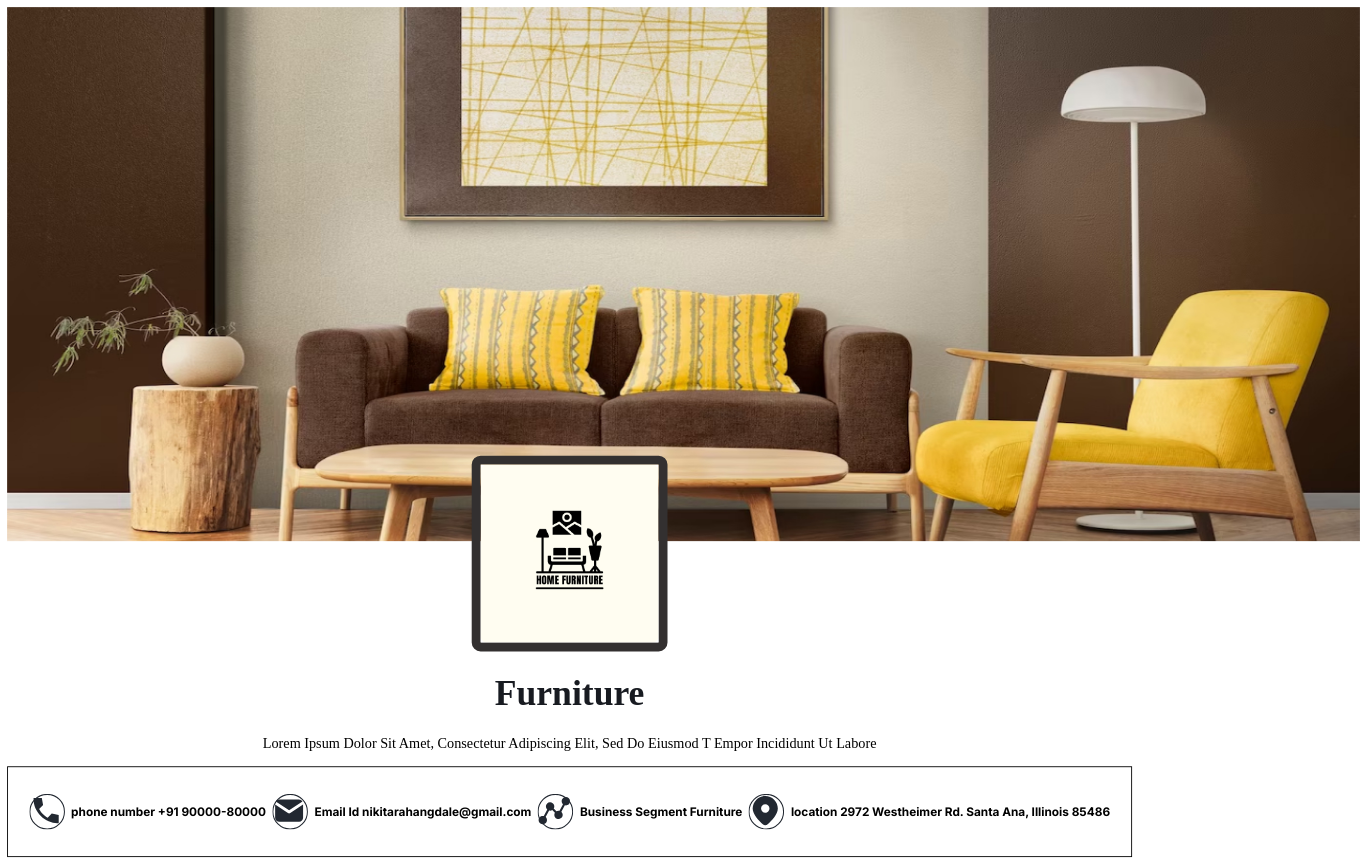
Repository: nikita120402/next13-deploy
Page: /
The author's editor kept a copy of each file at every save. The page is drawn from the files as they stood at one save, then again after the next save.
The browser window is 1280 px wide. The page is 1528 px wide, so the pictures cover 1528 px, including what lies to the right of the window. The pictures show the whole page, at 89% of full size.
The project was rebuilt for these pictures with package versions that can differ from the ones it lists, and the page was loaded fresh each time. The framework's server and built-in components were replaced by stand-ins that run in the browser. Also part of the build but not shown: next.config.js.

Above is the page before, as saved 2023-08-02 16:13:20.

### src/app/page.tsx
import Image from 'next/image'
import styles from './Design.module.css'
export default function Page() {
  return (
  <div>
        <Image
      src="/../public/image/Rectangle 25.jpg"
      alt="Picture"
      width={1520}
      height={600}
          />
          <Image
          className={styles.icon}
          src="/../public/image/final logo.jpg"
          alt="Picture"
          width={200}
          height={200}
          />
          <h1>Furniture</h1>
          <p>Lorem ipsum dolor sit amet, consectetur adipiscing elit, sed do eiusmod t empor incididunt ut labore </p>
          <div className={styles.call}>
          <svg xmlns="http://www.w3.org/2000/svg" width="40" height="40" viewBox="0 0 69 69" fill="none">
  <circle cx="34.5" cy="34.5" r="33.5" fill="white" stroke="#222831" stroke-width="2"/>
  <svg xmlns="http://www.w3.org/2000/svg" width="65" height="65" viewBox="0 0 33 33" fill="none">
  <path d="M27.4313 28.875C24.5667 28.875 21.731 28.2563 18.9241 27.0187C16.1173 25.7812 13.5676 24.0167 11.275 21.725C8.98333 19.4333 7.21875 16.8896 5.98125 14.0938C4.74375 11.2979 4.125 8.45625 4.125 5.56875V4.125H12.2375L13.5094 11.0344L9.59062 14.9875C10.0948 15.8812 10.6562 16.7292 11.275 17.5312C11.8937 18.3333 12.5583 19.0781 13.2687 19.7656C13.9333 20.4302 14.6612 21.0664 15.4522 21.6741C16.2433 22.2819 17.0968 22.8488 18.0125 23.375L22 19.3875L28.875 20.7969V28.875H27.4313Z" fill="#222831"/>
</svg></svg> <h5>phone number +91 90000-80000</h5>

<svg xmlns="http://www.w3.org/2000/svg" width="40" height="40" viewBox="0 0 69 69" fill="none">
  <circle cx="34.5" cy="34.5" r="33.5" fill="white" stroke="#222831" stroke-width="2"/>
  <svg xmlns="http://www.w3.org/2000/svg" width="65" height="65" viewBox="0 0 33 33" fill="none">
  <g clip-path="url(#clip0_1_50)">
    <path d="M30.25 10.3606V23.375C30.2501 24.4271 29.8481 25.4396 29.1262 26.2051C28.4044 26.9706 27.4174 27.4314 26.367 27.4931L26.125 27.5H6.875C5.82284 27.5 4.81042 27.098 4.04489 26.3762C3.27937 25.6544 2.8186 24.6673 2.75688 23.617L2.75 23.375V10.3606L15.7369 19.019L15.8964 19.1097C16.0843 19.2016 16.2908 19.2493 16.5 19.2493C16.7092 19.2493 16.9157 19.2016 17.1036 19.1097L17.2631 19.019L30.25 10.3606Z" fill="#222831"/>
    <path d="M26.125 5.5C27.61 5.5 28.9121 6.28375 29.6381 7.46212L16.5 16.2209L3.36188 7.46212C3.70663 6.90218 4.1803 6.4328 4.74335 6.09315C5.30641 5.7535 5.94252 5.55343 6.59863 5.50962L6.875 5.5H26.125Z" fill="#222831"/>
  </g>
  <defs>
    <clipPath id="clip0_1_50">
      <rect width="33" height="33" fill="white"/>
    </clipPath>
  </defs>
</svg>
</svg> <h5>Email Id nikitarahangdale@gmail.com</h5>

<svg xmlns="http://www.w3.org/2000/svg" width="40" height="40" viewBox="0 0 69 69" fill="none">
  <circle cx="34.5" cy="34.5" r="33.5" fill="white" stroke="#222831" stroke-width="2"/>
  <svg xmlns="http://www.w3.org/2000/svg" width="65" height="65" viewBox="0 0 33 33" fill="none">
  <path d="M30.7622 10.1346C30.3794 10.5186 29.9246 10.8231 29.4237 11.0306C28.9228 11.2381 28.3859 11.3445 27.8437 11.3437C27.5119 11.3436 27.1813 11.3037 26.8589 11.2251L23.4261 17.6008C23.4648 17.6369 23.5035 17.673 23.5409 17.7104C24.0863 18.256 24.4678 18.9435 24.6421 19.6951C24.8163 20.4466 24.7764 21.2319 24.5267 21.9618C24.2771 22.6917 23.8277 23.337 23.2297 23.8244C22.6317 24.3118 21.9091 24.6217 21.1438 24.719C20.3785 24.8162 19.6013 24.6969 18.9004 24.3747C18.1995 24.0524 17.603 23.54 17.1787 22.8957C16.7544 22.2514 16.5192 21.5011 16.5 20.7298C16.4807 19.9586 16.6781 19.1975 17.0698 18.5328L14.4684 15.9315C13.8338 16.3044 13.111 16.5007 12.375 16.5C12.0428 16.5002 11.7117 16.4609 11.3889 16.3827L7.95609 22.7558C7.99476 22.7919 8.03472 22.828 8.0721 22.8654C8.6489 23.4423 9.04168 24.1773 9.20076 24.9775C9.35985 25.7776 9.27811 26.607 8.96587 27.3606C8.65363 28.1143 8.12492 28.7585 7.44658 29.2117C6.76825 29.665 5.97076 29.9069 5.15495 29.9069C4.33915 29.9069 3.54166 29.665 2.86333 29.2117C2.18499 28.7585 1.65628 28.1143 1.34404 27.3606C1.0318 26.607 0.950059 25.7776 1.10915 24.9775C1.26823 24.1773 1.66101 23.4423 2.23781 22.8654C2.7397 22.3637 3.36251 22 4.04606 21.8094C4.7296 21.6188 5.45075 21.6078 6.1398 21.7774L9.57257 15.4017C9.5339 15.3656 9.49523 15.3295 9.45785 15.2921C9.07471 14.9091 8.77077 14.4543 8.56342 13.9538C8.35606 13.4532 8.24933 12.9168 8.24933 12.375C8.24933 11.8332 8.35606 11.2967 8.56342 10.7962C8.77077 10.2957 9.07471 9.84089 9.45785 9.45783C10.1675 8.74616 11.1126 8.31805 12.1156 8.25393C13.1186 8.18981 14.1105 8.49408 14.905 9.10959C15.6995 9.72511 16.242 10.6095 16.4306 11.5967C16.6191 12.5839 16.4407 13.606 15.9289 14.471L18.5303 17.0723C19.4597 16.5277 20.5645 16.3659 21.6111 16.6212L25.0439 10.2455C25.0052 10.2094 24.9653 10.1733 24.9279 10.1359C24.5447 9.75283 24.2408 9.29805 24.0335 8.79752C23.8261 8.29699 23.7194 7.76051 23.7194 7.21873C23.7194 6.67695 23.8261 6.14048 24.0335 5.63995C24.2408 5.13942 24.5447 4.68464 24.9279 4.30158C25.7016 3.52791 26.7509 3.09326 27.845 3.09326C28.9392 3.09326 29.9885 3.52791 30.7622 4.30158C31.5359 5.07526 31.9705 6.12459 31.9705 7.21873C31.9705 8.31288 31.5359 9.36221 30.7622 10.1359V10.1346Z" fill="#222831"/>
</svg>
</svg> <h5>Business  Segment Furniture</h5>

<svg xmlns="http://www.w3.org/2000/svg" width="40" height="40" viewBox="0 0 69 69" fill="none">
  <circle cx="34.5" cy="34.5" r="33.5" fill="white" stroke="#222831" stroke-width="2"/>
  <svg xmlns="http://www.w3.org/2000/svg" width="65" height="65" viewBox="0 0 33 33" fill="none">
  <path d="M18.8843 29.997C22.4792 26.8331 28.875 20.3692 28.875 14.4375C28.875 11.1554 27.5712 8.00782 25.2504 5.68705C22.9297 3.36629 19.7821 2.0625 16.5 2.0625C13.2179 2.0625 10.0703 3.36629 7.74955 5.68705C5.42879 8.00782 4.125 11.1554 4.125 14.4375C4.125 20.3692 10.5187 26.8331 14.1157 29.997C14.7719 30.5826 15.6205 30.9063 16.5 30.9063C17.3795 30.9063 18.2281 30.5826 18.8843 29.997ZM12.375 14.4375C12.375 13.3435 12.8096 12.2943 13.5832 11.5207C14.3568 10.7471 15.406 10.3125 16.5 10.3125C17.594 10.3125 18.6432 10.7471 19.4168 11.5207C20.1904 12.2943 20.625 13.3435 20.625 14.4375C20.625 15.5315 20.1904 16.5807 19.4168 17.3543C18.6432 18.1279 17.594 18.5625 16.5 18.5625C15.406 18.5625 14.3568 18.1279 13.5832 17.3543C12.8096 16.5807 12.375 15.5315 12.375 14.4375Z" fill="#222831"/>
</svg>
</svg> <h5>location  2972 Westheimer Rd. Santa Ana, Illinois 85486 </h5>

</div>
  </div>
  )

}

### src/app/globals.css
Image{
  padding: 5px;
  text-align: center;
}

h1{
      text-align: center;
      color: #181b21;
font-family: Playfair Display;
font-size: 40px;
font-style: normal;
font-weight: 600;
line-height: 100%; /* 40px */
  text-transform: capitalize;
}
p{
      color: #000;
text-align: center;
font-family: Poppins;
font-size: 16px;
font-style: normal;
font-weight: 400;
line-height: 120%; /* 24px */
  text-transform: capitalize;
}

### src/app/Design.module.css
.icon{
    border-radius: 10px;
    background: #222831;
    position: relative;
    border: solid 10px rgb(51, 48, 48);
    margin-left: auto;
    margin-right: auto;
    display: block;
    margin-top: -100px;
    z-index: +1;
}

.call{
    display: flex;
    margin-left:auto;
    border: solid 1px black;
    padding: 20px;
    justify-content: space-around;
    align-items: center;


}

Loaded but not shown: src/app/layout.tsx (common file)

After the next save:
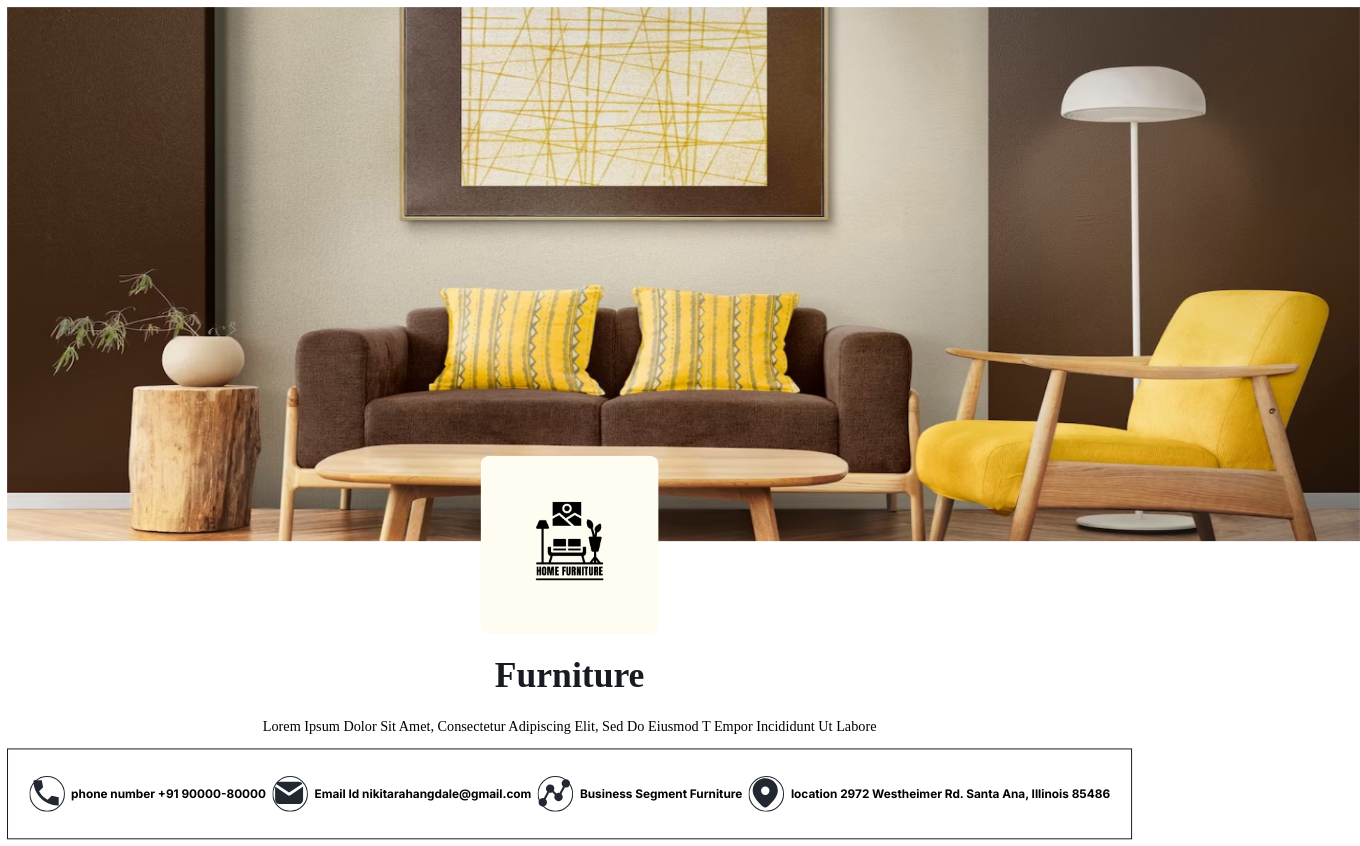
Saved 13 s later.
--- a/src/app/Design.module.css
+++ b/src/app/Design.module.css
@@ -2,7 +2,6 @@
     border-radius: 10px;
     background: #222831;
     position: relative;
-    border: solid 10px rgb(51, 48, 48);
     margin-left: auto;
     margin-right: auto;
     display: block;
